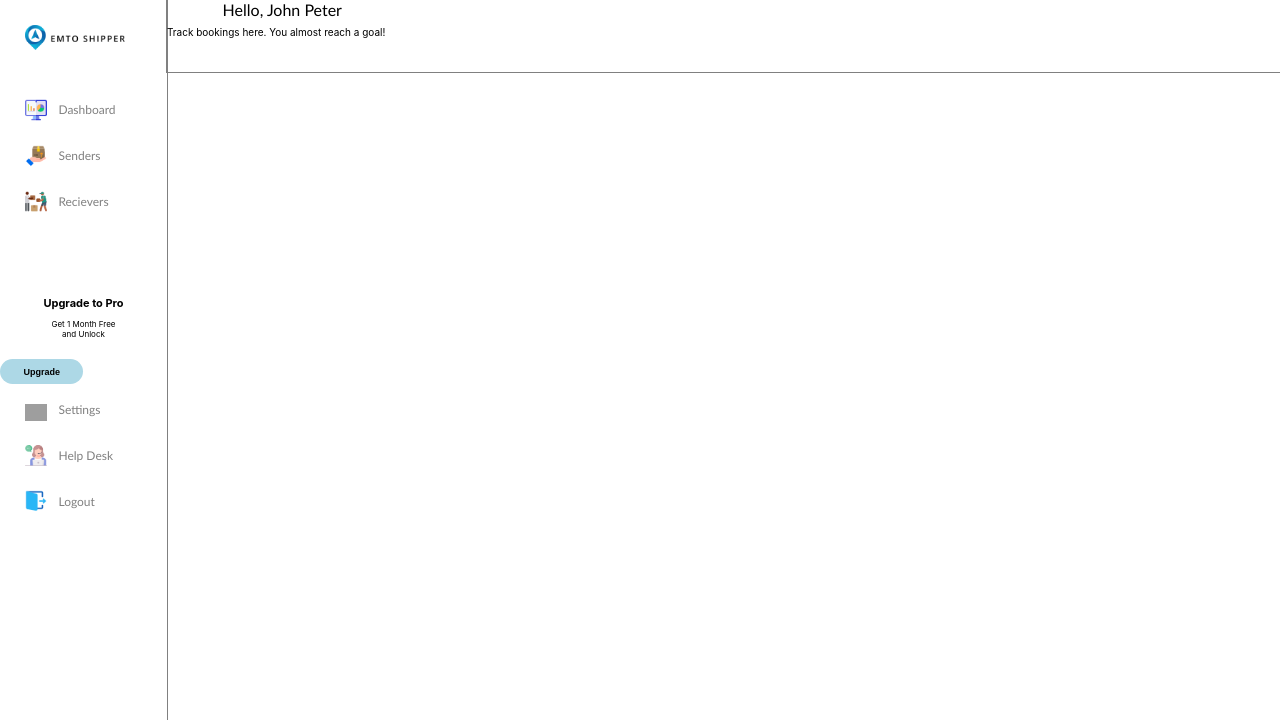
Repository: RoshanArun/Emto-Web
Page: /dashboard (app in emto/reactfirst/)
The author's editor kept a copy of each file at every save. The page is drawn from the files as they stood at one save, then again after the next save.
The browser window is 1280 px wide. The pictures show the whole page.
Pictures or frames that could not be fetched are drawn as grey boxes. The project was rebuilt for these pictures with package versions that can differ from the ones it lists, and the page was loaded fresh each time. Also part of the build but not shown: emto/reactfirst/src/pages/SignUp/SignUp.css, emto/reactfirst/src/pages/SignUp/SignUp.js, emto/reactfirst/src/pages/Login/Login.js.

Above is the page before, as saved 2023-07-26 01:15:38.

After the next save:
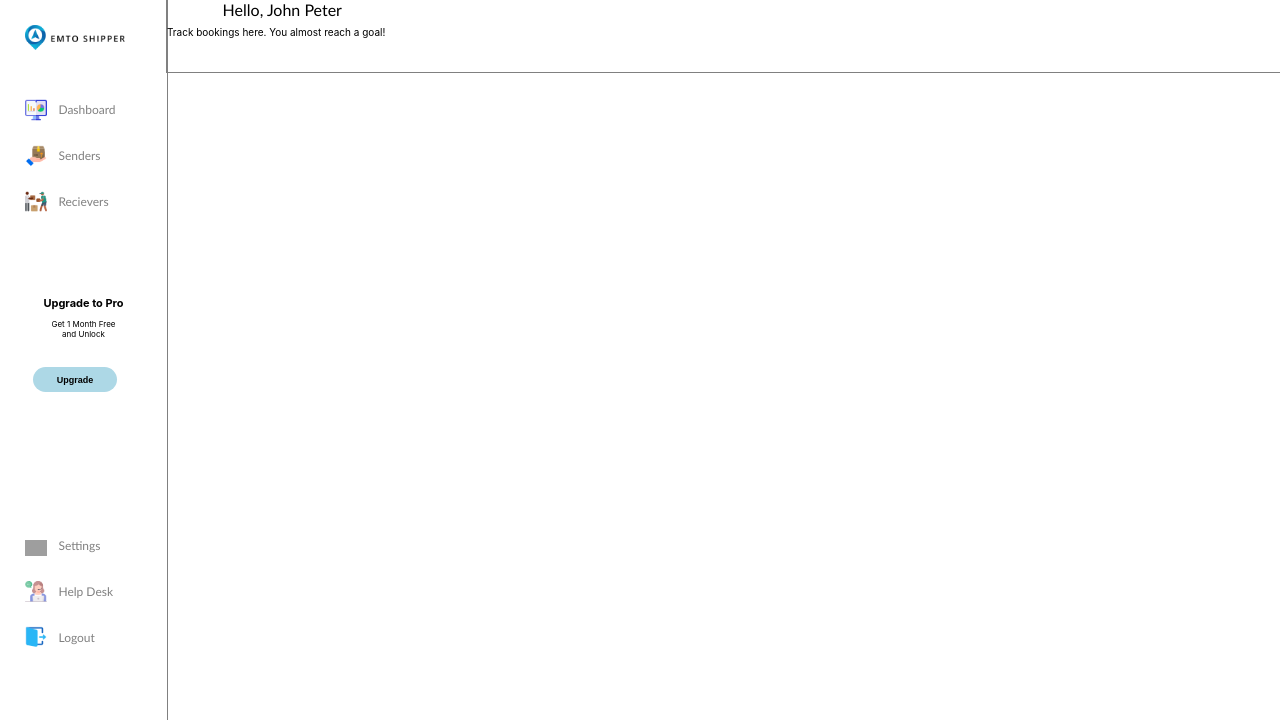
Saved 23 s later.
--- a/emto/reactfirst/src/pages/DashBoard/DashBoard.css
+++ b/emto/reactfirst/src/pages/DashBoard/DashBoard.css
@@ -69,7 +69,8 @@
     height: 3.5%;
     margin-bottom: 15vh;
     align-items: center;
-    margin: 0 auto
+    display: flex;
+    justify-content: center;
   }
 
   .intro{
